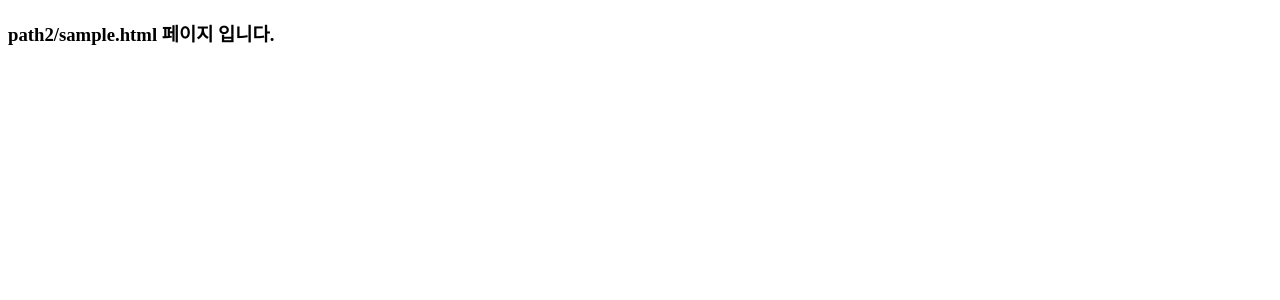
Repository: hyunhee7/web_work
Page: Step01_Path/WebContent/path2/sample.html
The author's editor kept a copy of each file at every save. The page is drawn from the files as they stood at one save, then again after the next save.
The browser window is 1280 px wide. The pictures show the whole page.

Above is the page before, as saved 2017-06-20 03:16:25.

After the next save:
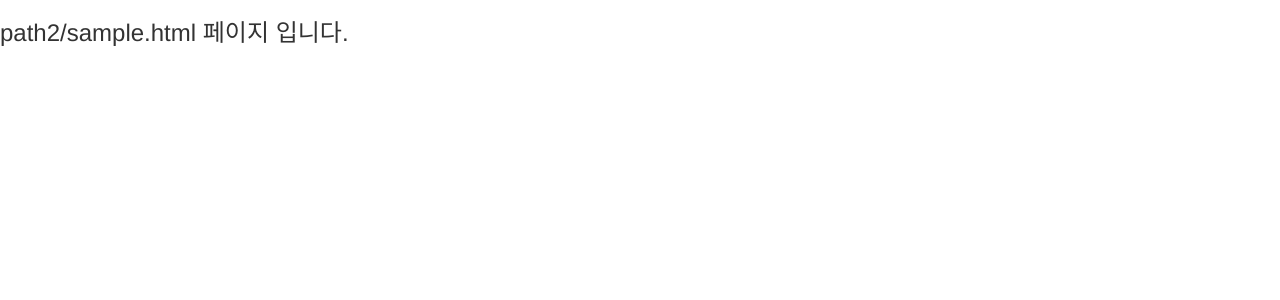
Saved 59 s later.
--- a/Step01_Path/WebContent/path2/sample.html
+++ b/Step01_Path/WebContent/path2/sample.html
@@ -4,8 +4,9 @@
 <meta charset="UTF-8">
 <title>path2/sample.html</title>
 	<!-- css 폴더 안에 있는 bootstrap.css를 로딩 시켜 보세요 -->
+	<link rel="stylesheet" href="../css/bootstrap.css" />
+	<!-- js 폴더 안에 있는 jquery를 로딩 시켜 보세요 -->
 	<script src="../js/jquery-3.2.0.js"></script>
-	<!-- js 폴더 안에 있는 jquery를 로딩 시켜 보세요 -->
 </head>
 <body>
 	<h3>path2/sample.html 페이지 입니다.</h3>
